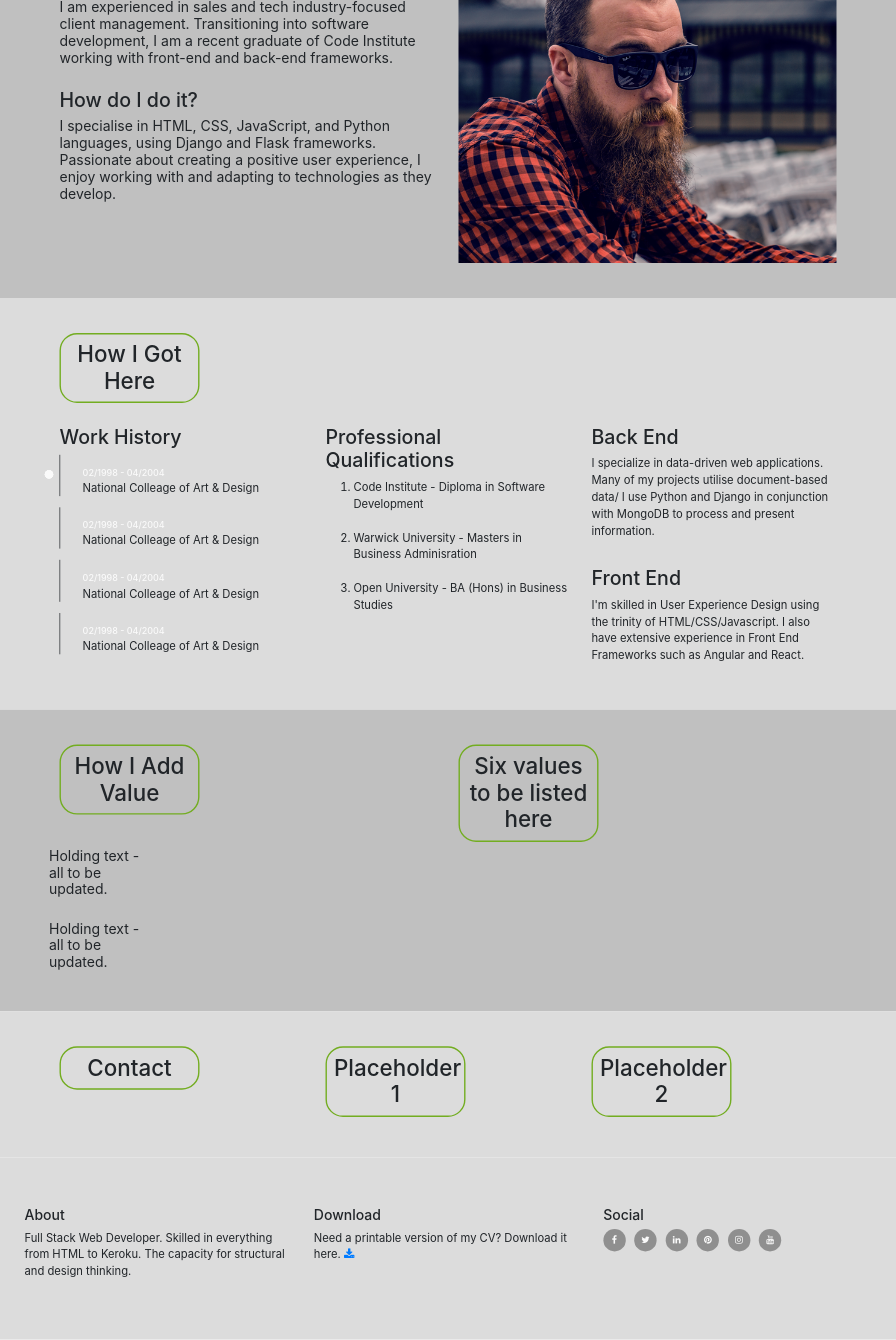
Repository: Code-Institute-Submissions/tenerim-milestone1
Page: index.html
The author's editor kept a record of every edit. The page is drawn from the files as they stood at one moment, then again after the next edit.
The browser window is 1280 px wide. The pictures show the part of the page from y = 1424 to 3344 px (the page is 3338 px tall before and 3344 px after), at 70% of full size.
A picture or video elsewhere on the page could not be fetched, so the positions and the page height are approximate.

Above is the page before.

After the next edit:
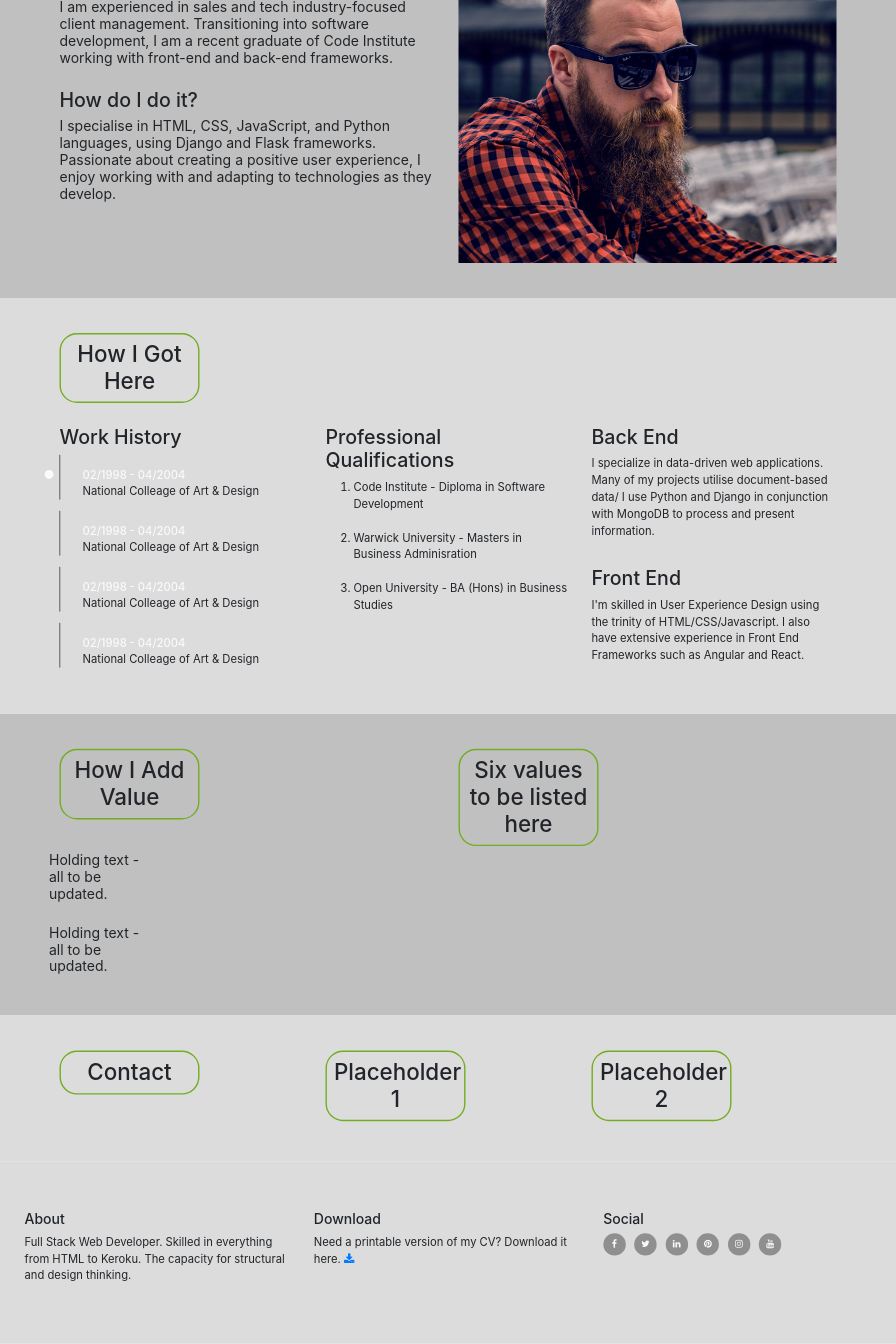
The edit:
--- a/assets/css/style.css
+++ b/assets/css/style.css
@@ -51,7 +51,7 @@
     top: 3em;
     display: block;
     font-weight: 500;
-    font-size: 0.8em;
+    font-size: 1em;
     color: #fafafa;
 }
 
